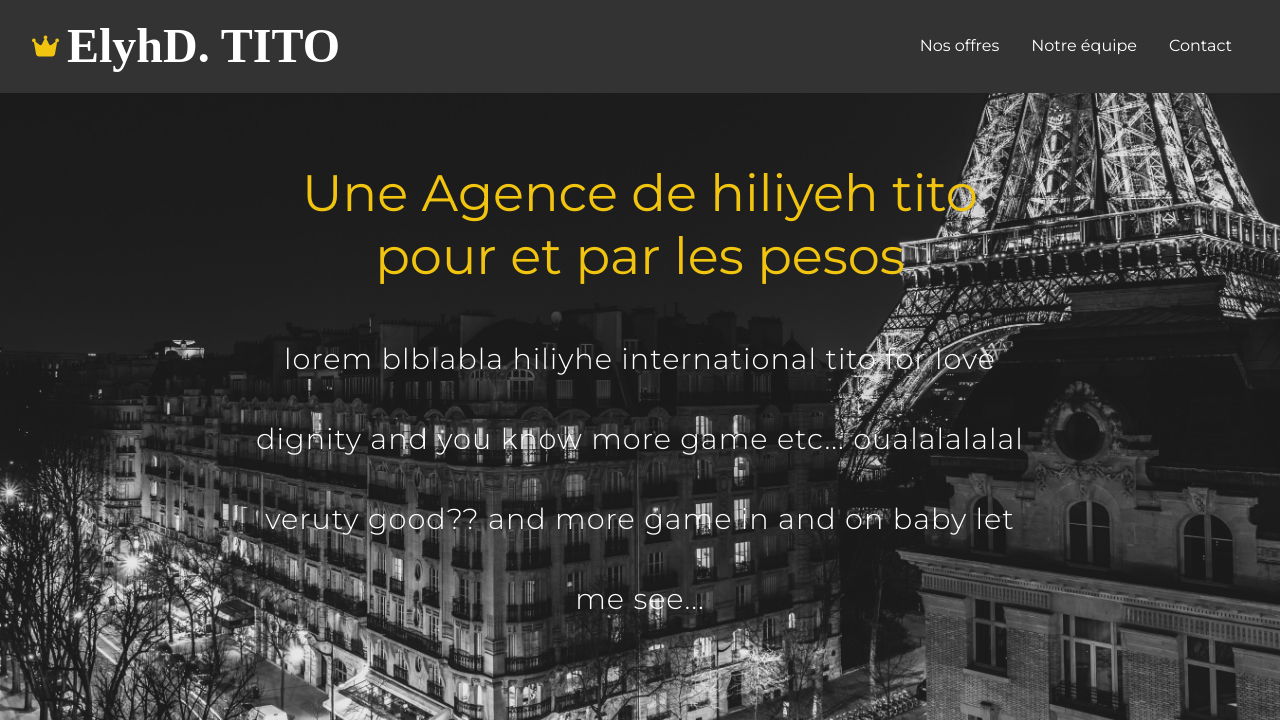
Repository: Hiliyeh/immo
Page: index.html
The author's editor kept a copy of each file at every save. The page is drawn from the files as they stood at one save, then again after the next save.
The browser window is 1280 px wide. The pictures show the whole page.
Some web fonts or font styles are not loaded; a fallback is used. Some web libraries are served in a nearby version.

Above is the page before, as saved 2020-05-05 13:34:58.

### index.html
<!DOCTYPE html>
<html lang="fr">
  <head>
    <meta charset="UTF-8" />
    <meta name="viewport" content="width=device-width, initial-scale=1.0" />
    <meta http-equiv="X-UA-Compatible" content="ie=edge" />
    <link rel="stylesheet" href="css/style.css" />
    <link
      rel="stylesheet"
      media="only screen and (max-width: 500px)"
      href="css/style.mobile.css"
    />
    <link
      href="https://fonts.googleapis.com/css?family=Long+Cang|Montserrat:300,400,700&display=swap"
      rel="stylesheet"
    />
    <script
      src="https://kit.fontawesome.com/83f4286022.js"
      crossorigin="anonymous"
    ></script>
    <title>Agence Elyh</title>
    <style></style>
  </head>
  <body>
    <div class="vp-container">
      <header>
        <h2 class="vp-logo">
          <i class="fas fa-crown"></i>
          <a href="#">ElyhD. TITO</a>
        </h2>
        <ul>
          <li><a href="#">Nos offres</a></li>
          <li><a href="#">Notre équipe</a></li>
          <li><a href="#">Contact</a></li>
        </ul>
      </header>
      <section class="vp">
        <div class="vp-content">
          <h1>
            <strong>Une Agence de hiliyeh tito pour et par les pesos</strong>
          </h1>
          <p>
            lorem blblabla hiliyhe international tito for love dignity and you
            know more game etc... oualalalalal veruty good?? and more game in
            and on baby let me see...
          </p>
        </div>
      </section>
    </div>
  </body>
</html>

### css/style.CSS
* {
  margin: 0;
  padding: 0;
  box-sizing: border-box;
}

body {
  font-family: "Montserrat", sans-serif;
}

p {
  margin-bottom: 0.8rem;
}

h1,
h2,
h3,
h4 {
  margin-bottom: 1rem;
}

a {
  color: #333;
  text-decoration: none;
}

/* vp + header */

.vp-container {
  min-height: 100vh;
  display: flex;
  flex-direction: column;
}

header {
  padding: 1rem 2rem;
  background: #333;
  display: flex;
  flex-flow: row nowrap;
  justify-content: space-between;
  line-height: 1.8rem;
}

.vp-logo {
  margin-bottom: 0;
  font-family: "Long Cang", cursive;
  display: flex;
  flex-flow: row nowrap;
  justify-content: center;
  align-items: center;
}

.vp-logo i {
  color: #f1c40f;
  font-size: 1.5rem;
  margin-right: 0.5rem;
}

.vp-logo a {
  font-size: 3rem;
}

header ul {
  display: flex;
  flex-flow: row nowrap;
  list-style: none;
}

header ul li {
  padding: 1rem;
}

header ul li a:hover {
  color: #f1c40f;
}

header a {
  color: white;
}


/* ... */
strong {
  color: #f1c40f;
  font-weight: 400;
}
/* ... */
.vp {
  flex: auto;
  display: flex;
  flex-direction: column;
  justify-content: center;
  align-items: center;
  background: url("/img/frame.jpg")
    center center/cover;
}

.vp-content {
  max-width: 800px;
  text-align: center;
  color: white;
}

.vp-content h1 {
  font-size: 3.2rem;
  margin-bottom: 2rem;
}

.vp-content p {
  font-size: 1.8rem;
  font-weight: 300;
  letter-spacing: 1px;
  line-height: 5rem;
}

Loaded but not shown: css/style.mobile.css (no stored copy; drawn as an empty file)

After the next save:
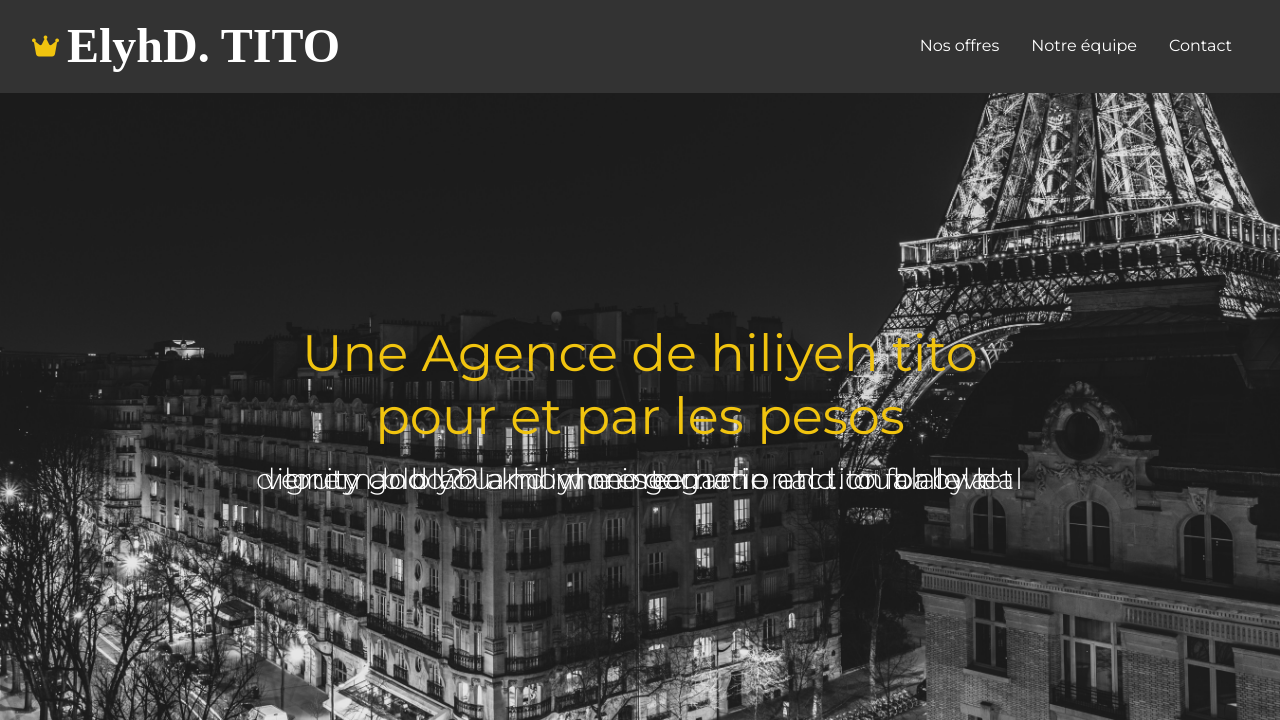
Saved 8 s later.
--- a/css/style.CSS
+++ b/css/style.CSS
@@ -110,5 +110,5 @@
   font-size: 1.8rem;
   font-weight: 300;
   letter-spacing: 1px;
-  line-height: 5rem;
+  line-height: 0rem;
 }
